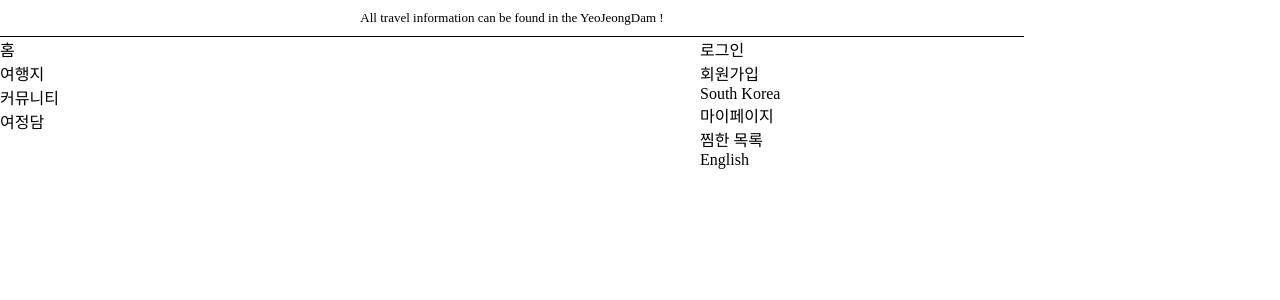
Repository: gaeunlee95/semi
Page: http://localhost/semi/main.jsp
These files come from the project's save history. The page is drawn as it stood at one moment and after the next save; the edit follows.
The browser window is 1280 px wide. The pictures show the whole page.
The page is served by Tomcat 9.

Above is the page before, as saved 2023-12-06 08:37:20.

### semi/src/main/webapp/main.jsp
<%@ page language="java" contentType="text/html; charset=UTF-8"
    pageEncoding="UTF-8"%>
<!DOCTYPE html>
<html>
<head>
<meta charset="UTF-8">
<title>메인 페이지</title>
<link rel="stylesheet" href="resources/css/style.css">
<style>
/* *{
	color: blue;
} */
</style>
</head>
<body>
	<jsp:include page="header.jsp" />
</body>
</html>

### semi/src/main/webapp/header.jsp
<%@ page language="java" contentType="text/html; charset=UTF-8"
    pageEncoding="UTF-8"%>
<%@ taglib uri="http://java.sun.com/jsp/jstl/core" prefix="c" %>
<header>
	<div id="welcome">
		<p>All travel information can be found in the YeoJeongDam !</p>
	</div>
	<nav>
	<div id="menu">
		<div id="mainMenu">
			<ul id="">
				<li>홈</li>
				<li>여행지</li>
				<li>커뮤니티</li>
				<li>여정담</li>
			</ul>
		</div>
		<div id="sideMenu">
			<ul id="">
				<li>로그인</li>
				<li>회원가입</li>
				<li>South Korea</li>
				<li>마이페이지</li>
				<li>찜한 목록</li>
				<li>English</li> <!-- 스크롤로 언어(영어/한국) 선택 -->
			</ul>
		</div>
	</div>
	</nav>





  <%-- <nav>
  <c:choose>
    <c:when test="${empty sessionId}">
	    <ul id="topMenu">
	  	  <li><a href="/loginform.do">로그인</a></li>
	  	  <li><a href="/joinform.do">회원가입</a></li>
	  	  <li><a href="/boardlist.do">게시판</a></li>
	  	  <li><a href="/memberlist.do">회원목록</a></li>
	  	</ul>
    </c:when>
    <c:otherwise>
    	<ul id="topMenu">
	  	  <li><a href="/logout.do">(${sessionId}님)로그아웃</a></li>
	  	  <li><a href="/memberview.do?id=${sessionId}">나의 정보</a></li>
	  	  <li><a href="/boardlist.do">게시판</a></li>
	  	  <li><a href="/memberlist.do">회원 목록</a></li>
	  	</ul>
    </c:otherwise>
   </c:choose>
  </nav> --%>
</header>

### semi/src/main/webapp/resources/css/style.css
@charset "UTF-8";
/* 공통 스타일 */
*{margin: 0; padding: 0;}
#container{width: 1024px; margin: 30px auto 100px;}
ul li{list-style: none;}
a{text-decoration: none;}
/* header 스타일 */
header{
	margin: 0 auto;
}
header #welcome{
	width : 1024px;
	text-align: center;
	border-bottom: 1px solid black;
}
header #welcome p{
	padding: 10px 0;
	font-size: 13px;
}
header nav{
	height: 80px;
	float:left;
}
header nav div{
	float: left;
}
header #mainMenu{
	width: 700px;
};
header #sideMenu{
	width: 324px;
}


/*
 header 스타일
header{height: 80px; background: #0077cc;}
header #logo{width: 250px; float: left; line-height: 80px;}
#logo h1 a{color: greenyellow; padding-left: 24px; font-style: italic;}
#logo h1 a:hover{color: #eee;}
header nav{width: 900px; float: right;}
#topMenu{line-height: 80px; padding-left: 150px;}
#topMenu li{float: left; margin: 0 20px;}
#topMenu li a{color: #eee; padding: 0 20px;}
#topMenu li a:hover{color: #444;}

 main 스타일
#main{width: 1000px; height: 600px; margin: 40px auto;}
#main h1{color: blue; font-style: italic; padding: 20px 60px;}
#main .main_img{margin: 16px 30px; float: left;}
#main .main_img img{border-radius: 5px;}
#main .newboard{margin: 20px;}
#main .newboard h3{margin: 20px;}
#main .newboard p{line-height: 2.5;}


 footer 스타일
footer{height: 80px; border-top: 2px solid #222; clear: both;}
#bottomMenu{margin: 10px 20px;}
#bottomMenu li{float: left; margin: 10px 0; padding: 0 10px;
	border-right: 1.5px solid #ccc;}
#bottomMenu li a{color: #444;}
#bottomMenu li:last-child{border: none;}

 회원 목록 스타일
#memberlist{width: 700px; margin: 20px auto;}
#memberlist .logout{text-align: right;}
#memberlist table{width: 700px; margin: 20px auto;}
#memberlist table, th, td{border: 1px solid #ccc;
  border-collapse: collapse; text-align: center;}
table th, td{padding: 10px;}
table thead{background: #eee;}
*/
/* 회원 가입 스타일 */
#join{width: 500px; margin: 20px auto;}
#join form{margin: 20px auto;}
form ul li{margin: 20px;}
form .button{margin-top: 16px;}
form .button button{padding: 5px;}
form label{width: 120px; float: left; padding-left: 20px;}
form input{padding: 5px;}

/* 회원 정보 스타일 */
#memberview{width: 460px; margin: 20px auto;}
#memberview table{width: 460px; margin: 20px auto;}
#memberview table, th, td{border: 1px solid #ccc;
  border-collapse: collapse; text-align: center;}
table th, td{padding: 10px;}
#memberview button{padding: 5px;}
/*
 login 스타일
#login {width: 400px; margin: 30px auto 100px;}
#login form{margin: 30px auto;}
#login form ul li{margin: 30px;}
#login .error{color: #e00; margin-top: 16px; font-size: 0.9em}
#login button{width: 100%; padding: 10px 0;}

 게시글 목록 스타일
#boardlist{width: 700px; margin: 20px auto;}
#boardlist table{width: 700px; margin: 20px auto;}
#boardlist table, th, td{border: 1px solid #ccc;
  border-collapse: collapse; text-align: center;}
table th, td{padding: 10px;}
table thead{background: #eee;}
#boardlist button{padding: 10px;}

 글쓰기 스타일
#writeform{width: 550px; margin: 20px auto;}
#writeform table{width: 550px; margin: 20px auto;}
#writeform table, th, td{border: 1px solid #ccc;
  border-collapse: collapse; text-align: center;}
table th, td{padding: 10px;}
table thead{background: #eee;}
#writeform input{width: 540px; height: 25px; padding: 5px;}
#writeform textarea{width: 540px; height: 300px; padding: 5px;}
#writeform button{padding: 5px;}

 글 상세보기 스타일
#board_view{width: 550px; margin: 20px auto;}
#board_view table{width: 550px; margin: 20px auto;}
#board_view table, th, td{border: 1px solid #ccc;
  border-collapse: collapse; text-align: center;}
table th, td{padding: 10px;}
table thead{background: #eee;}
#board_view input{width: 540px; height: 25px; padding: 5px;}
#board_view textarea{width: 540px; height: 300px; padding: 5px;}
#board_view button{padding: 5px;}

 댓글 영역 스타일
#board_view h3{
	margin-bottom: 12px;
	color: #444;
}
#board_view .reply{
	border-top: 1px dotted #ccc;
}
#board_view .reply p{
	margin: 10px 0;
	font-size: 0.9em;
	color: #444;
}

 댓글 내용 - 줄바꿈하기 : white-space:pre-line
#board_view .reply p:nth-of-type(1){
	white-space: pre-line; white-space (enter)하면 줄바꿈;
	line-height: 1.5;
}
#replyform textarea{
	height: 100px;
}
#replyform button{
	margin-top: 6px;
}
.replylogin{
	background-color: #eee;
	margin: 10px 0;
	padding: 16px;
	text-align: center;
	border-radius: 5px;
}
.replylogin a{
	color:blue;
}
.replylogin a:hover{
	text-decoration: underline;
}*/

After the next save:
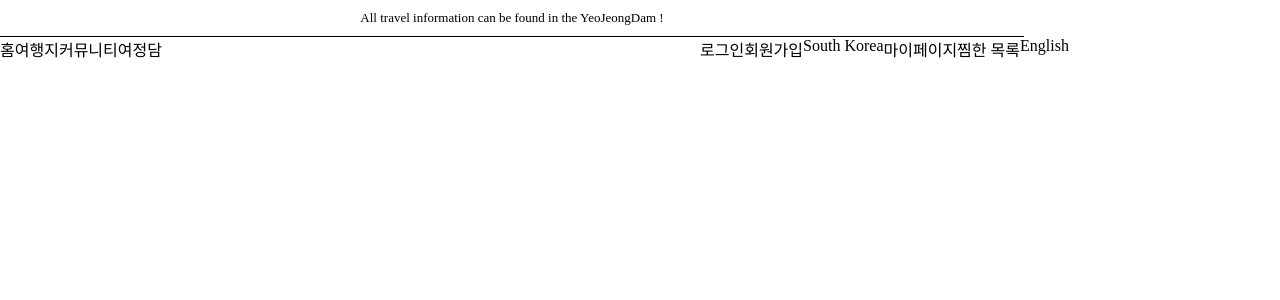
Saved 79 s later.
--- a/semi/src/main/webapp/resources/css/style.css
+++ b/semi/src/main/webapp/resources/css/style.css
@@ -22,6 +22,9 @@ header nav{
 	float:left;
 }
 header nav div{
+	float: left;
+}
+header #menu ul li{
 	float: left;
 }
 header #mainMenu{
